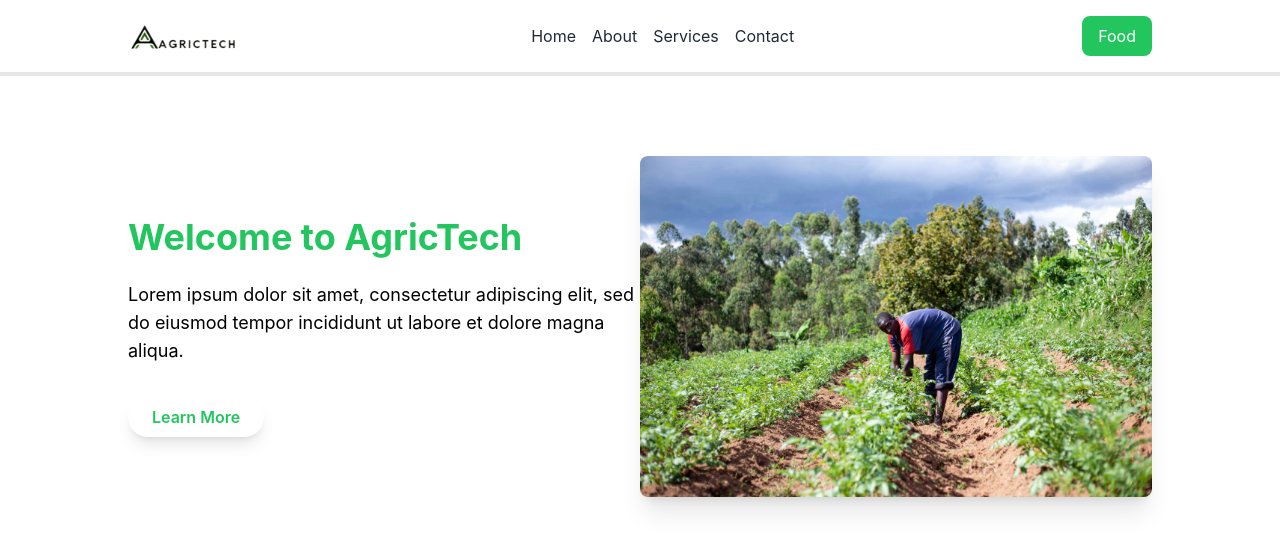
Repository: akinolapo/agric-tech
Page: /
The author's editor kept a copy of each file at every save. The page is drawn from the files as they stood at one save, then again after the next save.
The browser window is 1280 px wide. The pictures show the whole page.
The project was rebuilt for these pictures with package versions that can differ from the ones it lists, and the page was loaded fresh each time.

Above is the page before, as saved 2023-05-27 00:11:31.

### src/App.js
import React from 'react'
import Header from './components/Header'
import Hero from './components/Hero'

const App = () => {
  return (
    <div>
      <Header/>
      <Hero/>
    </div>
  )
}

export default App

### src/components/Header.jsx
import React, { useState } from 'react';

const Header = () => {
  const [isMenuOpen, setIsMenuOpen] = useState(false);

  const toggleMenu = () => {
    setIsMenuOpen(!isMenuOpen);
  };

  const closeMenu = () => {
    setIsMenuOpen(false);
  };

  return (
    <header className="bg-white border-b-4">
      <div className="container mx-auto flex justify-between items-center py-4 px-5 sm:px-32">
        <div className="flex items-center">
          <img
            src={process.env.PUBLIC_URL+`media/logo.png`}
            alt="Logo"
            className="h-8 w-auto"
          />
        </div>
        <div className="hidden md:flex space-x-4">
          <a href="#" className="text-gray-800 hover:text-gray-600">Home</a>
          <a href="#" className="text-gray-800 hover:text-gray-600">About</a>
          <a href="#" className="text-gray-800 hover:text-gray-600">Services</a>
          <a href="#" className="text-gray-800 hover:text-gray-600">Contact</a>
        </div>
        <div className="md:hidden">
          <button
            type="button"
            className="flex items-center p-2 rounded-md text-gray-800 hover:text-gray-600 focus:outline-none"
            onClick={toggleMenu}
          >
            <svg
              xmlns="http://www.w3.org/2000/svg"
              className="h-6 w-6"
              fill="none"
              viewBox="0 0 24 24"
              stroke="currentColor"
            >
              <path
                strokeLinecap="round"
                strokeLinejoin="round"
                strokeWidth="2"
                d="M4 6h16M4 12h16M4 18h16"
              />
            </svg>
          </button>

        </div>
        <div className="hidden md:block">
          <button
            type="button"
            className="bg-green-500 text-white rounded-lg py-2 px-4"
          >
            Food
          </button>
        </div>
      </div>
      <div>
          {isMenuOpen && (
            <div className="mt-2 w-full">
              <ul className="bg-white border rounded-md divide-y divide-gray-200 shadow-md">
                <li className="py-2 px-4">
                  <a href="#" className="text-gray-800 hover:text-gray-600">Home</a>
                </li>
                <li className="py-2 px-4">
                  <a href="#" className="text-gray-800 hover:text-gray-600">About</a>
                </li>
                <li className="py-2 px-4">
                  <a href="#" className="text-gray-800 hover:text-gray-600">Services</a>
                </li>
                <li className="py-2 px-4">
                  <a href="#" className="text-gray-800 hover:text-gray-600">Contact</a>
                </li>
                <li className="py-2 px-4">
                  <button
                    type="button"
                    className="bg-green-500 text-white rounded-lg py-2 px-4 w-full"
                  >
                    Food
                  </button>
                </li>
              </ul>
              <div className="absolute top-0 right-0 p-2">
              </div>
            </div>
          )}
          </div>
    </header>
  );
};

export default Header;

### src/components/Hero.jsx
import React from 'react';

const Hero = () => {
  return (
    <section className="bg-white text-black py-20 px-5 sm:px-32">
      <div className="container mx-auto flex flex-col lg:flex-row items-center">
        <div className="lg:w-1/2">
          <h1 className="text-4xl font-bold mb-6 text-green-500">Welcome to AgricTech</h1>
          <p className="text-lg mb-8">Lorem ipsum dolor sit amet, consectetur adipiscing elit, sed do eiusmod tempor incididunt ut labore et dolore magna aliqua.</p>
          <button className="bg-white text-green-500 py-2 px-6 rounded-full font-semibold shadow-lg hover:shadow-xl transition duration-300">Learn More</button>
        </div>
        <div className="lg:w-1/2">
          <img src={process.env.PUBLIC_URL+`media/hero.jpg`}alt="Agriculture" className="rounded-lg shadow-xl" />
        </div>
      </div>
    </section>
  );
};

export default Hero;

Loaded but not shown: public/index.html (common file); src/index.js (common file); src/index.css (common file); tailwind.config.js (common file)

After the next save:
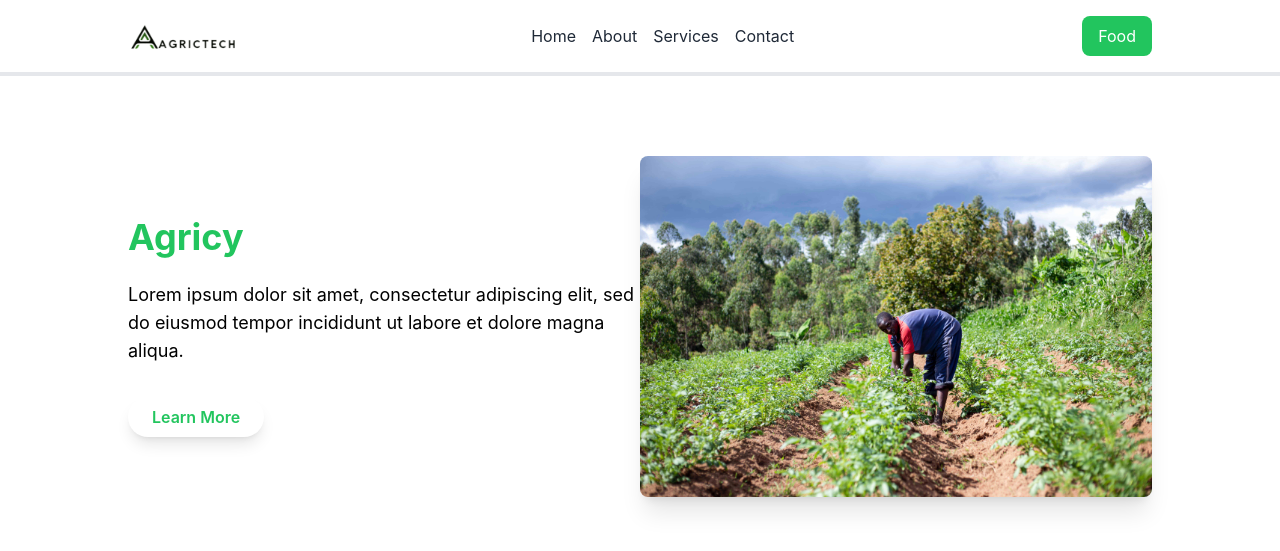
Saved 23 s later.
--- a/src/components/Hero.jsx
+++ b/src/components/Hero.jsx
@@ -5,7 +5,7 @@ const Hero = () => {
     <section className="bg-white text-black py-20 px-5 sm:px-32">
       <div className="container mx-auto flex flex-col lg:flex-row items-center">
         <div className="lg:w-1/2">
-          <h1 className="text-4xl font-bold mb-6 text-green-500">Welcome to AgricTech</h1>
+          <h1 className="text-4xl font-bold mb-6 text-green-500">Agricy</h1>
           <p className="text-lg mb-8">Lorem ipsum dolor sit amet, consectetur adipiscing elit, sed do eiusmod tempor incididunt ut labore et dolore magna aliqua.</p>
           <button className="bg-white text-green-500 py-2 px-6 rounded-full font-semibold shadow-lg hover:shadow-xl transition duration-300">Learn More</button>
         </div>
